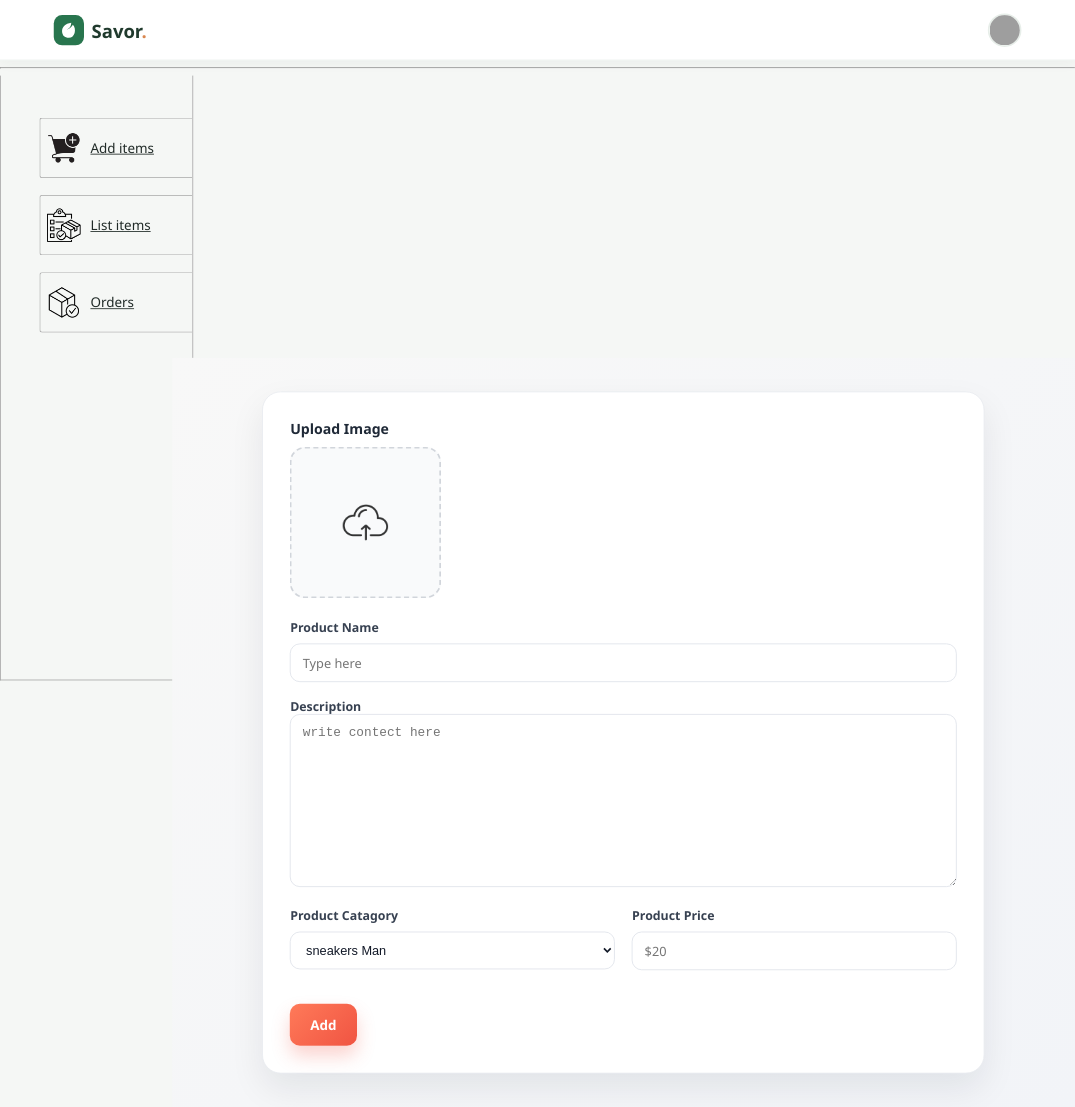
Repository: prince44991/Ecommerce-Project-Full-Stack
Page: /Additem (app in admin/my-react-app/)
These files come from the project's save history. The page is drawn as it stood at one moment and after the next save; the edit follows.
The browser window is 1280 px wide. The pictures show the whole page, at 84% of full size.
Pictures or frames that could not be fetched are drawn as grey boxes. The project was rebuilt for these pictures with package versions that can differ from the ones it lists, and the page was loaded fresh each time. Also part of the build but not shown: admin/my-react-app/vite.config.js, admin/my-react-app/src/pages/Order/Order.jsx, admin/my-react-app/src/pages/List/List.jsx.

Above is the page before, as saved 2026-09-29 21:19:20.

After the next save:
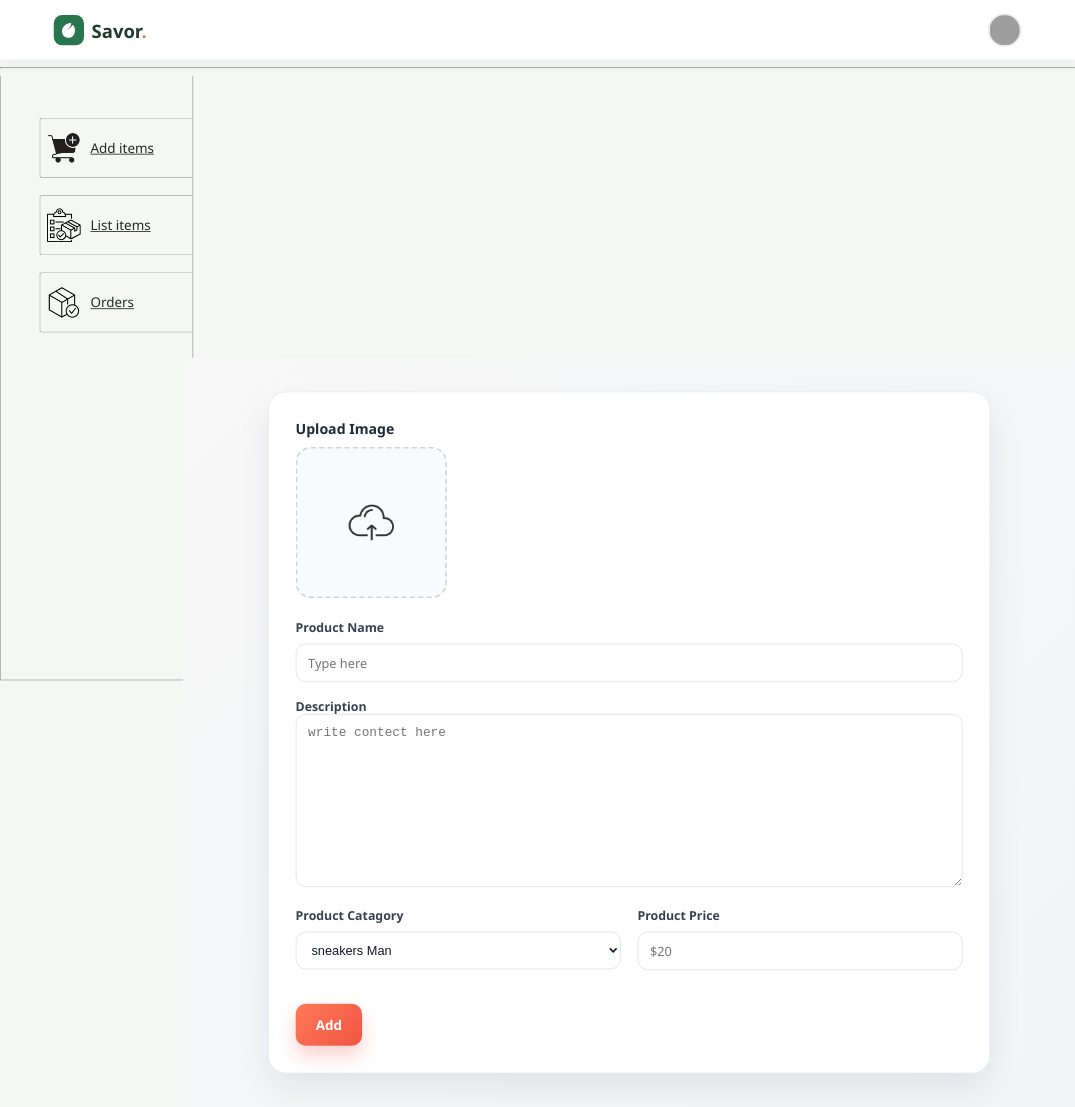
Saved 6 s later.
--- a/admin/my-react-app/src/pages/Add/Add.css
+++ b/admin/my-react-app/src/pages/Add/Add.css
@@ -6,7 +6,7 @@
   background: linear-gradient(135deg, #f8f8f8 0%, #f2f4f8 100%);
   min-height: calc(100vh - 80px);
   margin-top:-30vw;
-  margin-left: 16vw;
+  margin-left: 17vw;
 }
 
 .add form {
